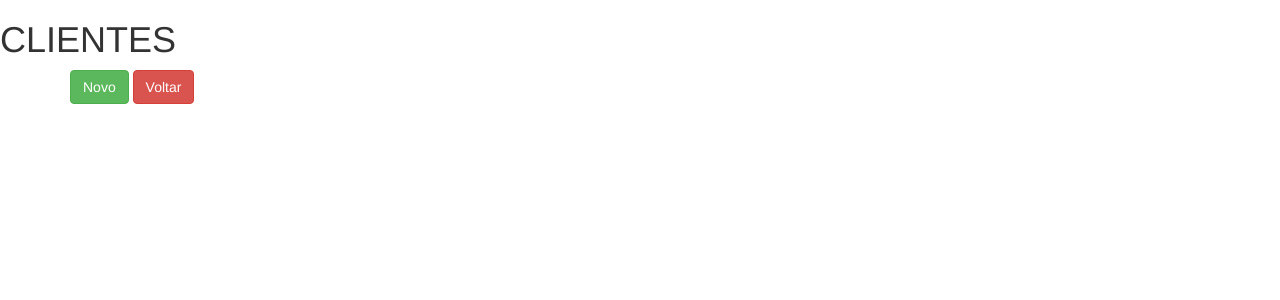
Repository: diegokunha/LojinhaGuru
Page: http://localhost/LojinhaGuru/clientes
These files come from the project's save history. The page is drawn as it stood at one moment and after the next save; the edit follows.
The browser window is 1280 px wide. The pictures show the whole page.
Some web libraries are served in a nearby version. The page is served by Tomcat 9.

Above is the page before, as saved 2017-10-04 00:47:21.

After the next save:
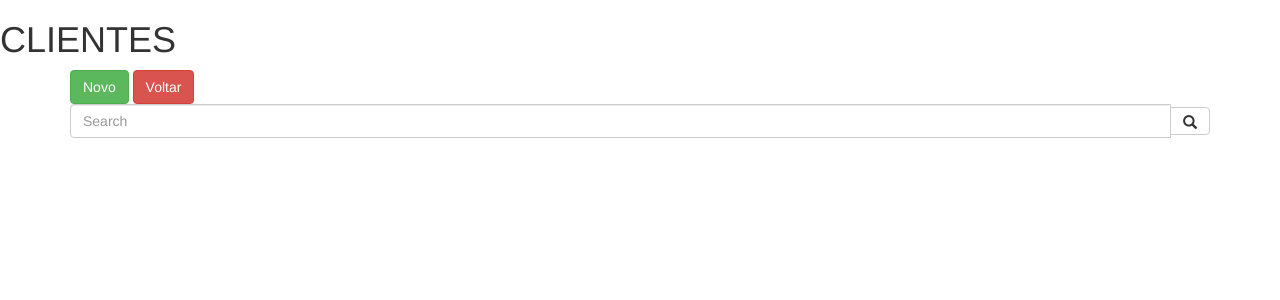
Saved 77 s later.
--- a/LojinhaGuru/WebContent/WEB-INF/views/jsp/clientes.jsp
+++ b/LojinhaGuru/WebContent/WEB-INF/views/jsp/clientes.jsp
@@ -23,8 +23,17 @@
 	<h1>CLIENTES</h1>
 	<div class="container">
 		<form>
-			<a href="adicionaCliente"><button type="button" class="btn btn-success">Novo</button></a>
-			<a href="index"><button type="button" class="btn btn-danger">Voltar</button></a>
+			<a href="adicionaCliente"><button type="button"
+					class="btn btn-success">Novo</button></a> <a href="index"><button
+					type="button" class="btn btn-danger">Voltar</button></a>
+			<div class="input-group">
+				<input type="text" class="form-control" placeholder="Search">
+					<div class="input-group-btn">
+						<button class="btn btn-default" type="submit">
+							<i class="glyphicon glyphicon-search"></i>
+						</button>
+					</div>
+			</div>
 		</form>
 	</div>
 </body>
